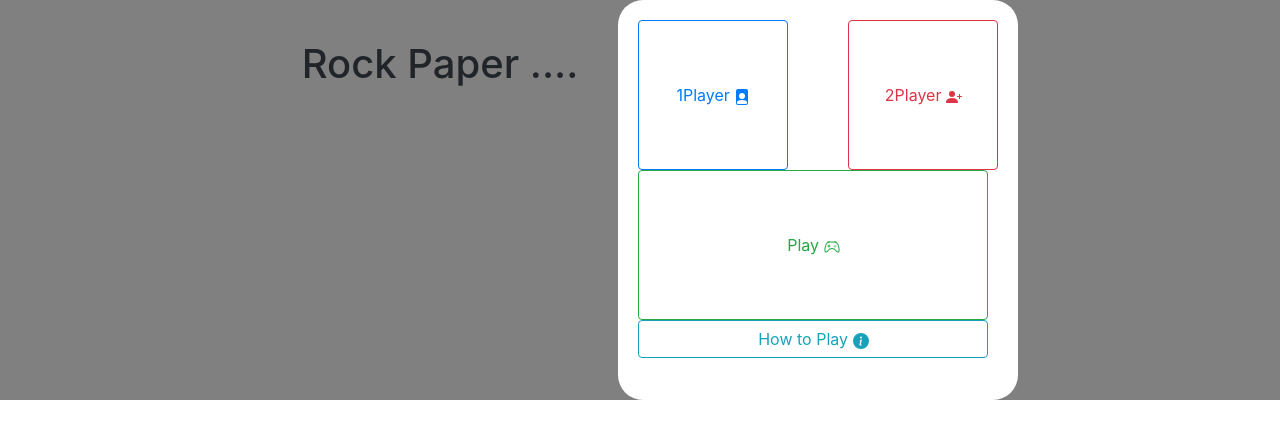
Repository: hossamsulleman1/Colllege-rock-paper-game
Page: index.html
The author's editor kept a copy of each file at every save. The page is drawn from the files as they stood at one save, then again after a run of saves.
The browser window is 1280 px wide. The pictures show the whole page.

Above is the page before, as saved 2020-09-15 10:51:05.
Console error: SyntaxError: Unexpected token '<'

### index.html
<!DOCTYPE html>
<html lang="en">
<head>
    <script src="index.js"></script>
    <link rel="stylesheet" href="index.css">

    <meta charset="UTF-8">
    <meta name="viewport" content="width=device-width, initial-scale=1.0">
    <title>Rock Paper...</title>
</head>
<body>
   <div class="wall">
      <h1 style="padding: 40px; text-align: center;">Rock Paper .... </h1>
    <div class="mainCard">
<button style="height: 150px; width: 150px; padding: 20px;" class="btn btn-outline-primary">
    1Player
    <svg width="1em" height="1em" viewBox="0 0 16 16" class="bi bi-file-person-fill" fill="currentColor" xmlns="http://www.w3.org/2000/svg">
        <path fill-rule="evenodd" d="M12 0H4a2 2 0 0 0-2 2v12a2 2 0 0 0 2 2h8a2 2 0 0 0 2-2V2a2 2 0 0 0-2-2zm-1 7a3 3 0 1 1-6 0 3 3 0 0 1 6 0zm-3 4c2.623 0 4.146.826 5 1.755V14a1 1 0 0 1-1 1H4a1 1 0 0 1-1-1v-1.245C3.854 11.825 5.377 11 8 11z"/>
      </svg>
</button>
<button style="height: 150px; width: 150px; padding: 20px; float: right;"class="btn btn-outline-danger">
    2Player
    <svg width="1em" height="1em" viewBox="0 0 16 16" class="bi bi-person-plus-fill" fill="currentColor" xmlns="http://www.w3.org/2000/svg">
        <path fill-rule="evenodd" d="M1 14s-1 0-1-1 1-4 6-4 6 3 6 4-1 1-1 1H1zm5-6a3 3 0 1 0 0-6 3 3 0 0 0 0 6zm7.5-3a.5.5 0 0 1 .5.5V7h1.5a.5.5 0 0 1 0 1H14v1.5a.5.5 0 0 1-1 0V8h-1.5a.5.5 0 0 1 0-1H13V5.5a.5.5 0 0 1 .5-.5z"/>
      </svg>
</button>
<br>
<button style="width: 350px; height: 150px;" class="btn btn-outline-success" onclick="goToGame()">
    Play
    <svg width="1em" height="1em" viewBox="0 0 16 16" class="bi bi-controller" fill="currentColor" xmlns="http://www.w3.org/2000/svg">
        <path fill-rule="evenodd" d="M11.119 2.693c.904.19 1.75.495 2.235.98.407.408.779 1.05 1.094 1.772.32.733.599 1.591.805 2.466.206.875.34 1.78.364 2.606.024.815-.059 1.602-.328 2.21a1.42 1.42 0 0 1-1.445.83c-.636-.067-1.115-.394-1.513-.773a11.307 11.307 0 0 1-.739-.809c-.126-.147-.25-.291-.368-.422-.728-.804-1.597-1.527-3.224-1.527-1.627 0-2.496.723-3.224 1.527-.119.131-.242.275-.368.422-.243.283-.494.576-.739.81-.398.378-.877.705-1.513.772a1.42 1.42 0 0 1-1.445-.83c-.27-.608-.352-1.395-.329-2.21.024-.826.16-1.73.365-2.606.206-.875.486-1.733.805-2.466.315-.722.687-1.364 1.094-1.772.486-.485 1.331-.79 2.235-.98.932-.196 2.03-.292 3.119-.292 1.089 0 2.187.096 3.119.292zm-6.032.979c-.877.185-1.469.443-1.733.708-.276.276-.587.783-.885 1.465a13.748 13.748 0 0 0-.748 2.295 12.351 12.351 0 0 0-.339 2.406c-.022.755.062 1.368.243 1.776a.42.42 0 0 0 .426.24c.327-.034.61-.199.929-.502.212-.202.4-.423.615-.674.133-.156.276-.323.44-.505C4.861 9.97 5.978 9.026 8 9.026s3.139.943 3.965 1.855c.164.182.307.35.44.505.214.25.403.472.615.674.318.303.601.468.929.503a.42.42 0 0 0 .426-.241c.18-.408.265-1.02.243-1.776a12.354 12.354 0 0 0-.339-2.406 13.753 13.753 0 0 0-.748-2.295c-.298-.682-.61-1.19-.885-1.465-.264-.265-.856-.523-1.733-.708-.85-.179-1.877-.27-2.913-.27-1.036 0-2.063.091-2.913.27z"/>
        <path d="M11.5 6.026a.5.5 0 1 1-1 0 .5.5 0 0 1 1 0zm-1 1a.5.5 0 1 1-1 0 .5.5 0 0 1 1 0zm2 0a.5.5 0 1 1-1 0 .5.5 0 0 1 1 0zm-1 1a.5.5 0 1 1-1 0 .5.5 0 0 1 1 0zm-7-2.5h1v3h-1v-3z"/>
        <path d="M3.5 6.526h3v1h-3v-1zM3.051 3.26a.5.5 0 0 1 .354-.613l1.932-.518a.5.5 0 0 1 .258.966l-1.932.518a.5.5 0 0 1-.612-.354zm9.976 0a.5.5 0 0 0-.353-.613l-1.932-.518a.5.5 0 1 0-.259.966l1.932.518a.5.5 0 0 0 .612-.354z"/>
      </svg>
</button>
<br>
<button style="width: 350px;" class="btn btn-outline-info" onclick="howToPlay()">
    How to Play
    <svg width="1em" height="1em" viewBox="0 0 16 16" class="bi bi-info-circle-fill" fill="currentColor" xmlns="http://www.w3.org/2000/svg">
        <path fill-rule="evenodd" d="M8 16A8 8 0 1 0 8 0a8 8 0 0 0 0 16zm.93-9.412l-2.29.287-.082.38.45.083c.294.07.352.176.288.469l-.738 3.468c-.194.897.105 1.319.808 1.319.545 0 1.178-.252 1.465-.598l.088-.416c-.2.176-.492.246-.686.246-.275 0-.375-.193-.304-.533L8.93 6.588zM8 5.5a1 1 0 1 0 0-2 1 1 0 0 0 0 2z"/>
      </svg>
</button>
<br>


</div>

   </div>


<!-- scripts -->
<!-- CSS only -->
<link rel="stylesheet" href="https://stackpath.bootstrapcdn.com/bootstrap/4.5.2/css/bootstrap.min.css" integrity="sha384-JcKb8q3iqJ61gNV9KGb8thSsNjpSL0n8PARn9HuZOnIxN0hoP+VmmDGMN5t9UJ0Z" crossorigin="anonymous">

<!-- JS, Popper.js, and jQuery -->
<script src="https://code.jquery.com/jquery-3.5.1.slim.min.js" integrity="sha384-DfXdz2htPH0lsSSs5nCTpuj/zy4C+OGpamoFVy38MVBnE+IbbVYUew+OrCXaRkfj" crossorigin="anonymous"></script>
<script src="https://cdn.jsdelivr.net/npm/popper.js@1.16.1/dist/umd/popper.min.js" integrity="sha384-9/reFTGAW83EW2RDu2S0VKaIzap3H66lZH81PoYlFhbGU+6BZp6G7niu735Sk7lN" crossorigin="anonymous"></script>
<script src="https://stackpath.bootstrapcdn.com/bootstrap/4.5.2/js/bootstrap.min.js" integrity="sha384-B4gt1jrGC7Jh4AgTPSdUtOBvfO8shuf57BaghqFfPlYxofvL8/KUEfYiJOMMV+rV" crossorigin="anonymous"></script>

</body>
</html>

### index.js
var randomNumber = null;
var P1Selection = null;
var P2Selection = null;
var compSelection = null;
var compSelectionSVG = null;
var outcome = null;

const Rock = 1;
const Paper = 2;
const Scissors = 3;

function randomNumberGen() {
   randomNumber = Math.ceil(Math.random() * 3);
compSelection = randomNumber;
console.log(compSelection + "comp Selection");
}

function howToPlay(){
 alert("click either rock paper or ... and confirm your selection once this is completed the second user will be able to place their selection then rumble!");
}


function compSelectionSvg() {
    if (compSelection = 1 ) {
        document.getElementById("mainCard").innerHTML =
        <div>
   <h1>Rocky Bot Chose</h1>
        <svg width="1em" height="1em" viewBox="0 0 16 16" class="bi bi-award-fill" fill="currentColor" xmlns="http://www.w3.org/2000/svg">
  <path d="M8 0l1.669.864 1.858.282.842 1.68 1.337 1.32L13.4 6l.306 1.854-1.337 1.32-.842 1.68-1.858.282L8 12l-1.669-.864-1.858-.282-.842-1.68-1.337-1.32L2.6 6l-.306-1.854 1.337-1.32.842-1.68L6.331.864 8 0z"/>
  <path d="M4 11.794V16l4-1 4 1v-4.206l-2.018.306L8 13.126 6.018 12.1 4 11.794z"/>
</svg>
        <p>you......</p>
        <h1 id="Win/Lose"></h1>
        </div>

        ;

    }
    if (compSelection = 2 ) {
        document.getElementById("mainCard").innerHTML =
        <div>
    <h1>Rocky Bot Chose</h1>
        <svg width="1em" height="1em" viewBox="0 0 16 16" class="bi bi-box-seam" fill="currentColor" xmlns="http://www.w3.org/2000/svg">
  <path fill-rule="evenodd" d="M8.186 1.113a.5.5 0 0 0-.372 0L1.846 3.5l2.404.961L10.404 2l-2.218-.887zm3.564 1.426L5.596 5 8 5.961 14.154 3.5l-2.404-.961zm3.25 1.7l-6.5 2.6v7.922l6.5-2.6V4.24zM7.5 14.762V6.838L1 4.239v7.923l6.5 2.6zM7.443.184a1.5 1.5 0 0 1 1.114 0l7.129 2.852A.5.5 0 0 1 16 3.5v8.662a1 1 0 0 1-.629.928l-7.185 2.874a.5.5 0 0 1-.372 0L.63 13.09a1 1 0 0 1-.63-.928V3.5a.5.5 0 0 1 .314-.464L7.443.184z"/>
</svg>

        <p>you......</p>
        <h1 id="Win/Lose"></h1>
        </div>

        ;

    }
    if (compSelection = 3 ) {
        document.getElementById("mainCard").innerHTML =
        <div>
        <h1>Rocky Bot Chose</h1>
        <svg width="1em" height="1em" viewBox="0 0 16 16" class="bi bi-scissors" fill="currentColor" xmlns="http://www.w3.org/2000/svg">
  <path fill-rule="evenodd" d="M3.5 3.5c-.614-.884-.074-1.962.858-2.5L8 7.226 11.642 1c.932.538 1.472 1.616.858 2.5L8.81 8.61l1.556 2.661a2.5 2.5 0 1 1-.794.637L8 9.73l-1.572 2.177a2.5 2.5 0 1 1-.794-.637L7.19 8.61 3.5 3.5zm2.5 10a1.5 1.5 0 1 1-3 0 1.5 1.5 0 0 1 3 0zm7 0a1.5 1.5 0 1 1-3 0 1.5 1.5 0 0 1 3 0z"/>
</svg>
        <p>you......</p>
        <h1 id="Win/Lose"></h1>
        </div>

        ;

    }
    Calculation()
document.getElementById("Win/Loss").innerText = outcome;

}

function itemHierarchy(){



}

function goToGame() {
    window.location.replace("game.html");
}


function RockP1() {
    P1Selection = Rock
    console.log(P1Selection)
}

function PaperP1(){
    P1Selection = Paper
    console.log(P1Selection)
}

function  ScissorsP1() {
    P1Selection = Scissors
    console.log(P1Selection)
}

function Calculation() {

}

### index.css
.mainCard {
    border-radius: 25px;
    background: white;
    padding: 20px;
    width: 400px;
    height: 400px;


}

.wall {
    background-color: grey;
    display: flex;
    justify-content: center;
    height: auto;
    width: auto;
}

After the next 3 saves:
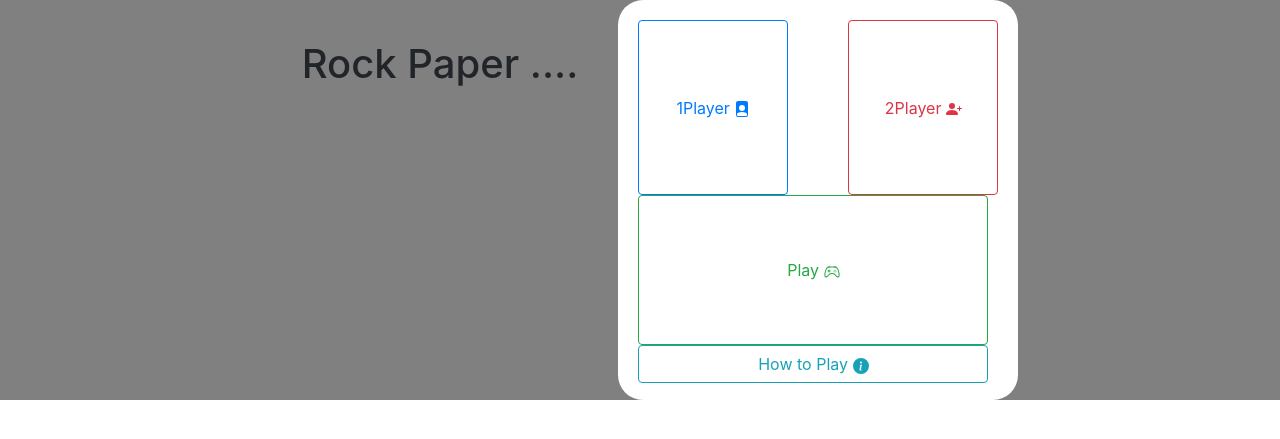
The 3 saves are shown as one change because they came seconds apart.
The last was saved 39 s later.
--- a/index.html
+++ b/index.html
@@ -12,13 +12,13 @@
    <div class="wall">
       <h1 style="padding: 40px; text-align: center;">Rock Paper .... </h1>
     <div class="mainCard">
-<button style="height: 150px; width: 150px; padding: 20px;" class="btn btn-outline-primary">
+<button style="height: 175px; width: 150px; padding: 20px;" class="btn btn-outline-primary">
     1Player
     <svg width="1em" height="1em" viewBox="0 0 16 16" class="bi bi-file-person-fill" fill="currentColor" xmlns="http://www.w3.org/2000/svg">
         <path fill-rule="evenodd" d="M12 0H4a2 2 0 0 0-2 2v12a2 2 0 0 0 2 2h8a2 2 0 0 0 2-2V2a2 2 0 0 0-2-2zm-1 7a3 3 0 1 1-6 0 3 3 0 0 1 6 0zm-3 4c2.623 0 4.146.826 5 1.755V14a1 1 0 0 1-1 1H4a1 1 0 0 1-1-1v-1.245C3.854 11.825 5.377 11 8 11z"/>
       </svg>
 </button>
-<button style="height: 150px; width: 150px; padding: 20px; float: right;"class="btn btn-outline-danger">
+<button style="height: 175px; width: 150px; padding: 20px; float: right;"class="btn btn-outline-danger">
     2Player
     <svg width="1em" height="1em" viewBox="0 0 16 16" class="bi bi-person-plus-fill" fill="currentColor" xmlns="http://www.w3.org/2000/svg">
         <path fill-rule="evenodd" d="M1 14s-1 0-1-1 1-4 6-4 6 3 6 4-1 1-1 1H1zm5-6a3 3 0 1 0 0-6 3 3 0 0 0 0 6zm7.5-3a.5.5 0 0 1 .5.5V7h1.5a.5.5 0 0 1 0 1H14v1.5a.5.5 0 0 1-1 0V8h-1.5a.5.5 0 0 1 0-1H13V5.5a.5.5 0 0 1 .5-.5z"/>
